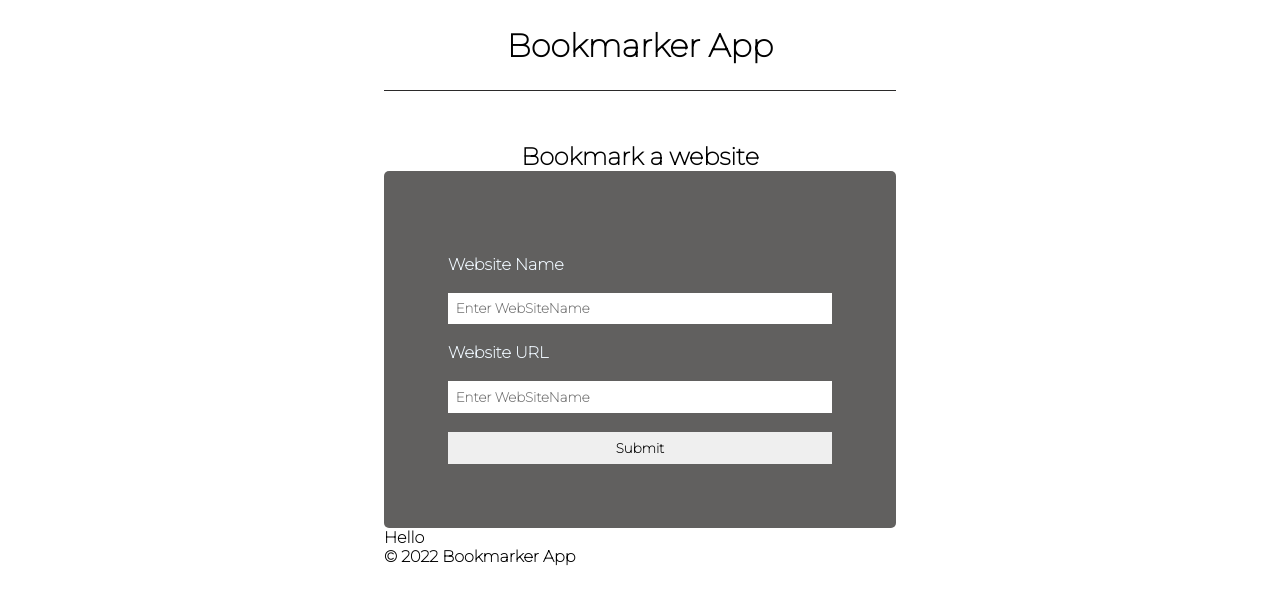
Repository: Suporl9/BookMarkerApp
Page: index.html
An editor plug-in stored every save of this project. The page is shown before and after the next save, followed by the edit.
The browser window is 1280 px wide. The pictures show the whole page.

Above is the page before, as saved 2021-11-21 21:16:26.

After the next save:
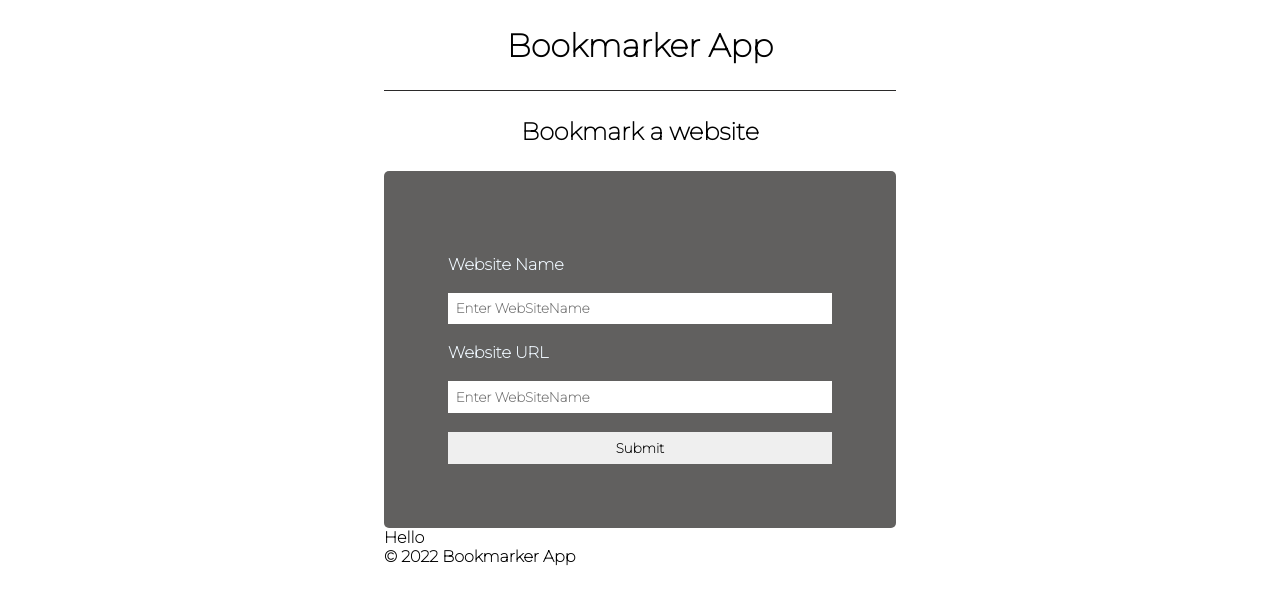
Saved 5 s later.
--- a/style.css
+++ b/style.css
@@ -52,7 +52,7 @@ body {
 } */
 .h2class {
   align-self: center;
-  margin-top: 5%;
+  margin-bottom: 5%;
 }
 .formSec {
   display: flex;
